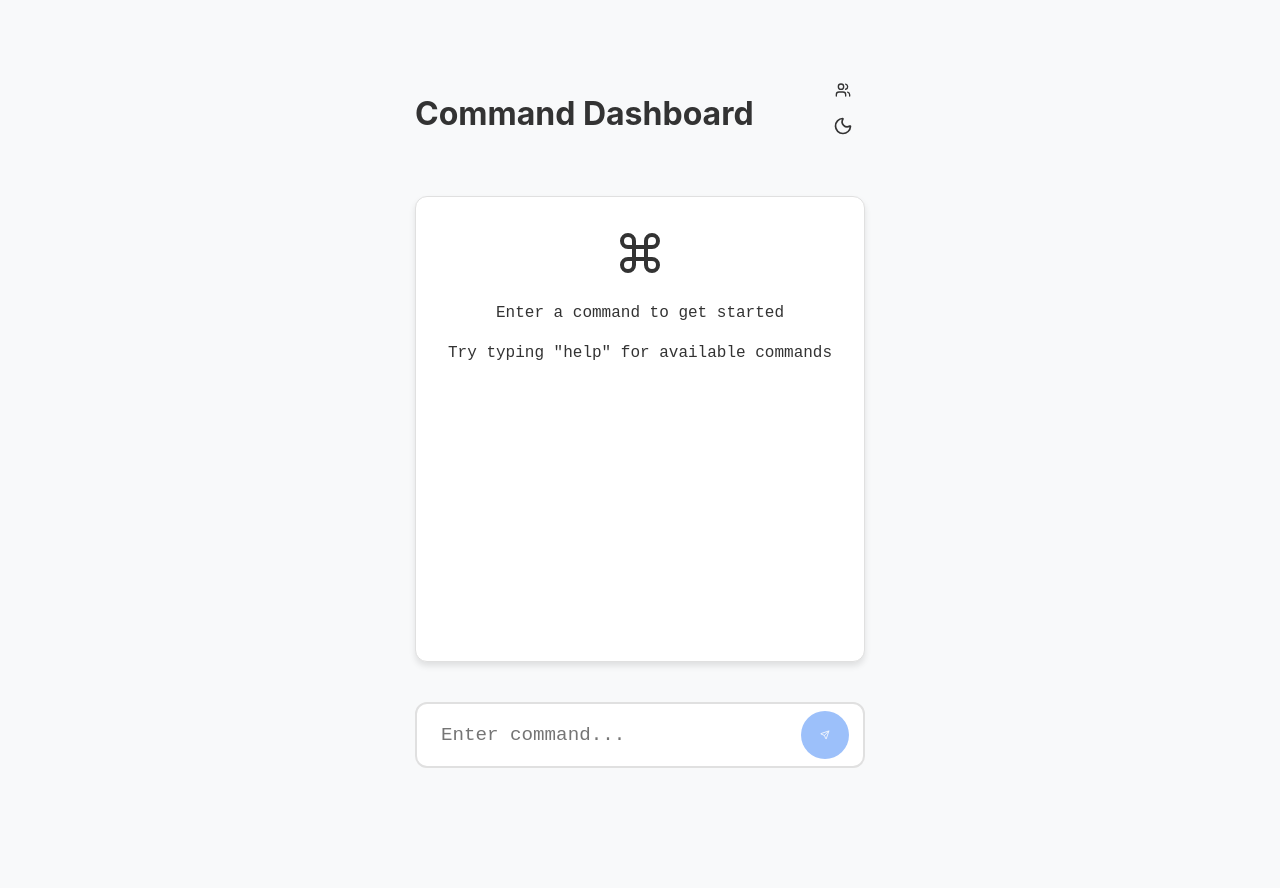
Repository: nipuntaneja05/Discord-role-bot
Page: / (app in frontend/)
These files come from the project's save history. The page is drawn as it stood at one moment and after the next save; the edit follows.
The browser window is 1280 px wide. The pictures show the whole page.
The project was rebuilt for these pictures with package versions that can differ from the ones it lists, and the page was loaded fresh each time. Also part of the build but not shown: frontend/vite.config.js, frontend/src/App.jsx.

Above is the page before, as saved 2025-03-12 02:53:47.

After the next save:
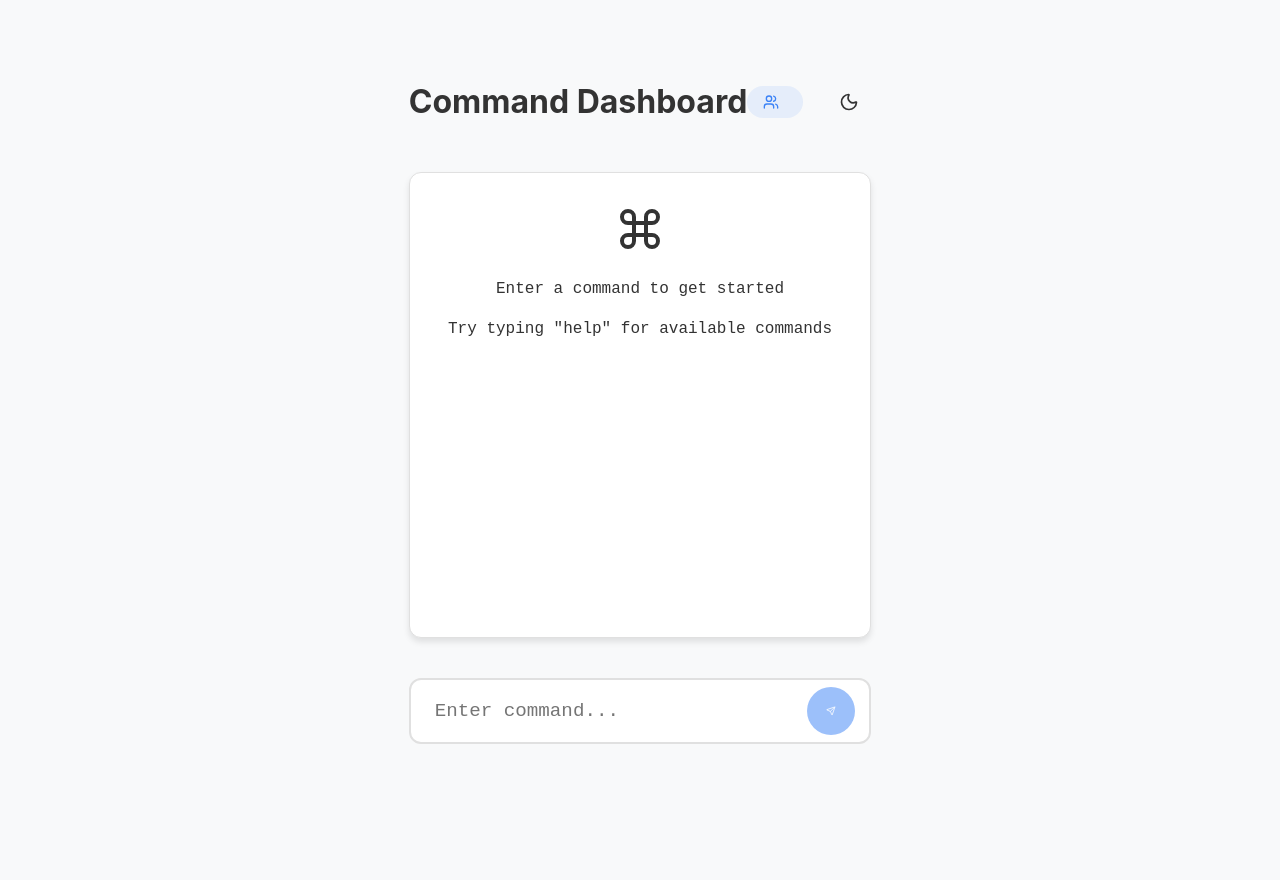
Saved 11 s later.
--- a/frontend/src/components/Dashboard.css
+++ b/frontend/src/components/Dashboard.css
@@ -60,15 +60,15 @@ body {
 
 /* User stats styles */
 .user-stats {
-    /* display: flex;
+    display: flex;
     align-items: center;
-    gap: 1.5rem;
-    margin-left: auto;
-    flex-grow: 1;
-    justify-content: flex-end;  */
+    gap: 1.5rem; /* Space between elements */
+    margin-left: auto; /* Push the container to the right */
+    flex-grow: 1; /* Allow it to take up remaining space */
+    justify-content: flex-end; /* Align contents to the right */
 }
 .user-counter {
-    /* display: flex;
+    display: flex;
     align-items: center;
     gap: 0.5rem;
     background-color: rgba(59, 130, 246, 0.1);
@@ -76,7 +76,7 @@ body {
     padding: 0.5rem 1rem;
     border-radius: 2rem;
     font-size: 0.9rem;
-    animation: pulse 2s infinite; */
+    animation: pulse 2s infinite;
 }
 
 .user-numbers {
